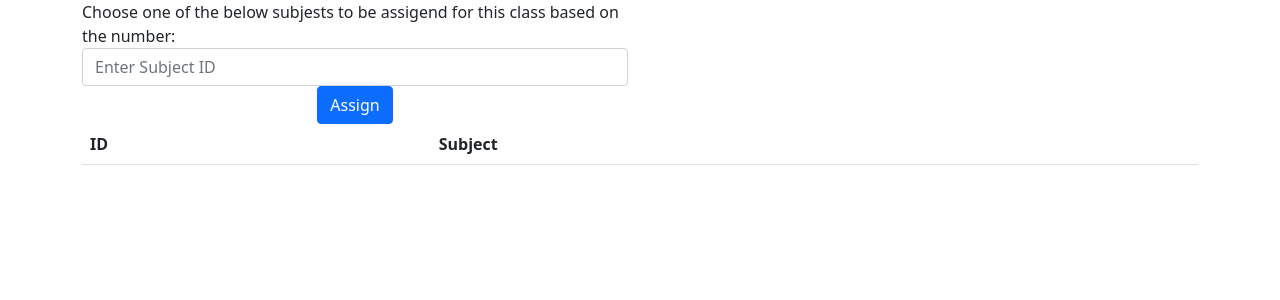
Repository: hossam141/Java_FSD_Vodafone_Project_1_Phase-2
Page: http://localhost/Admin_for_Learners__Academy/assignSub.jsp
An editor plug-in stored every save of this project. The page is shown before and after the next save, followed by the edit.
The browser window is 1280 px wide. The pictures show the whole page.
The page is served by Tomcat 9.

Above is the page before, as saved 2023-02-28 19:43:47.

After the next save:
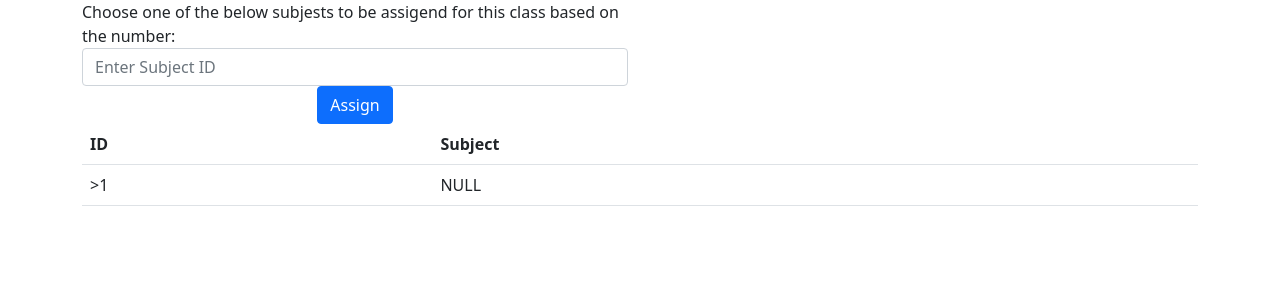
Saved 7 min 56 s later.
--- a/Admin_for_Learners_ Academy/src/main/webapp/assignSub.jsp
+++ b/Admin_for_Learners_ Academy/src/main/webapp/assignSub.jsp
@@ -42,5 +42,8 @@
 				<th>ID</th>
 				<th>Subject</th>
 			</tr>
+			<tr>
+				<td>>1</td>
+				<td>NULL</td>
 </body>
 </html>
